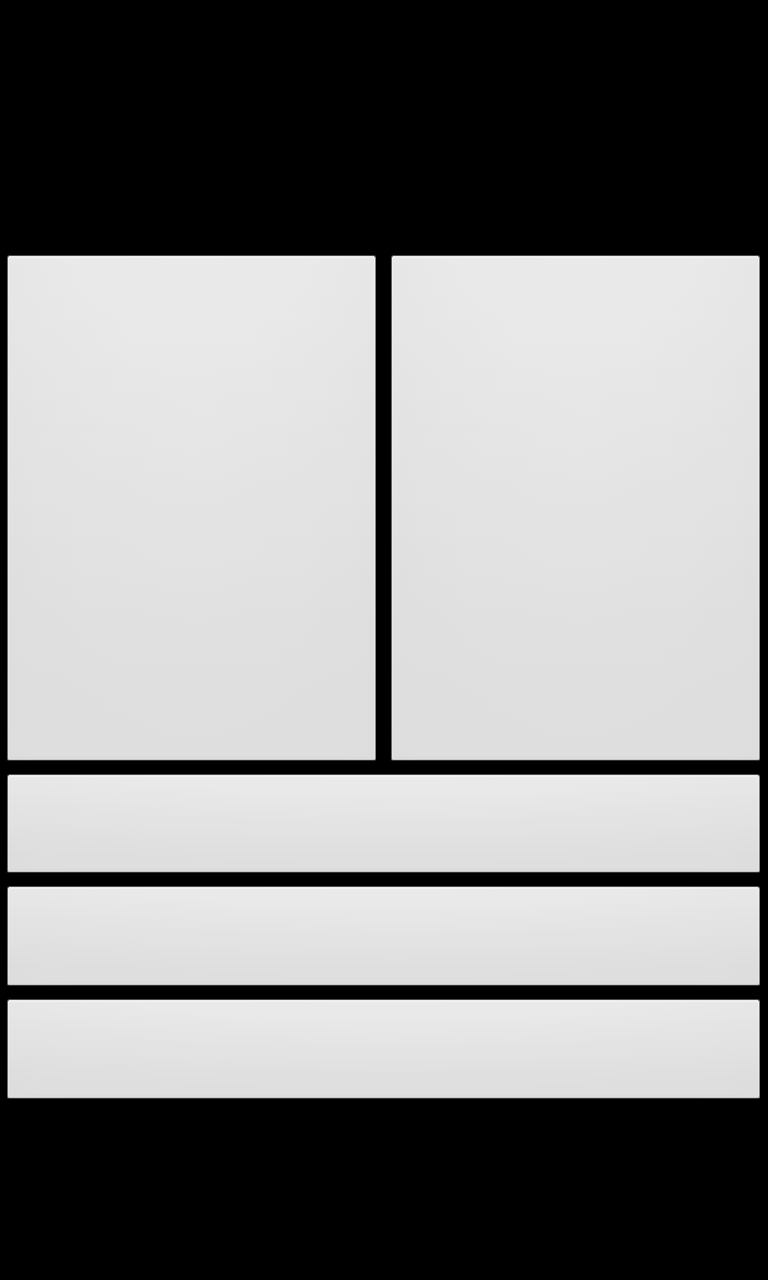
Repository: limjunghoon/fmfinance
Layout: trunk/Sample/Test/FmFinanceLayout/res/layout/main.xml
An editor plug-in stored every save of this project. The layout is shown before and after the next save, followed by the edit.
It is drawn on a 768 x 1280 px phone screen (xhdpi) without system bars, with theme android:Theme; the app's code is not run.

Above is the layout before, as saved 2010-07-13 08:42:20.

### trunk/Sample/Test/FmFinanceLayout/res/layout/main.xml
<?xml version="1.0" encoding="utf-8"?>
<LinearLayout xmlns:android="http://schemas.android.com/apk/res/android"
    android:orientation="vertical"
    android:layout_width="fill_parent"
    android:layout_height="fill_parent"
    >

<LinearLayout android:id="@+id/LinearLayoutMainPosition" android:layout_width="fill_parent" android:layout_weight="1" android:layout_height="wrap_content">


</LinearLayout>
<LinearLayout android:id="@+id/LinearLayoutIncomeExpensRate" android:layout_width="fill_parent" android:layout_weight="2" android:layout_height="wrap_content"></LinearLayout>
<LinearLayout android:id="@+id/LinearLayoutIncomeExpensBtn" android:layout_weight="5" android:layout_width="fill_parent" android:layout_height="wrap_content">

<Button android:text="@+id/Button01" android:id="@+id/Button01" android:layout_width="wrap_content" android:layout_weight="1" android:layout_height="fill_parent" android:layout_gravity="center"></Button>
<Button android:text="@+id/Button02" android:id="@+id/Button02" android:layout_width="wrap_content" android:layout_weight="1" android:layout_height="fill_parent" android:layout_gravity="center"></Button>
</LinearLayout>
<LinearLayout android:id="@+id/LinearLayoutTodayInfo" android:layout_width="fill_parent" android:layout_weight="4" android:orientation="vertical">




<Button></Button>
<Button android:text="@+id/Button03" android:id="@+id/Button03" android:layout_weight="1" android:layout_width="fill_parent"></Button>
<Button android:text="@+id/Button04" android:id="@+id/Button04" android:layout_weight="1" android:layout_width="fill_parent"></Button>
<Button android:text="@+id/Button05" android:id="@+id/Button05" android:layout_weight="1" android:layout_width="fill_parent"></Button>
</LinearLayout>

<LinearLayout android:id="@+id/LinearLayout01" android:layout_width="fill_parent" android:layout_weight="2"></LinearLayout>
</LinearLayout>

After the next save:
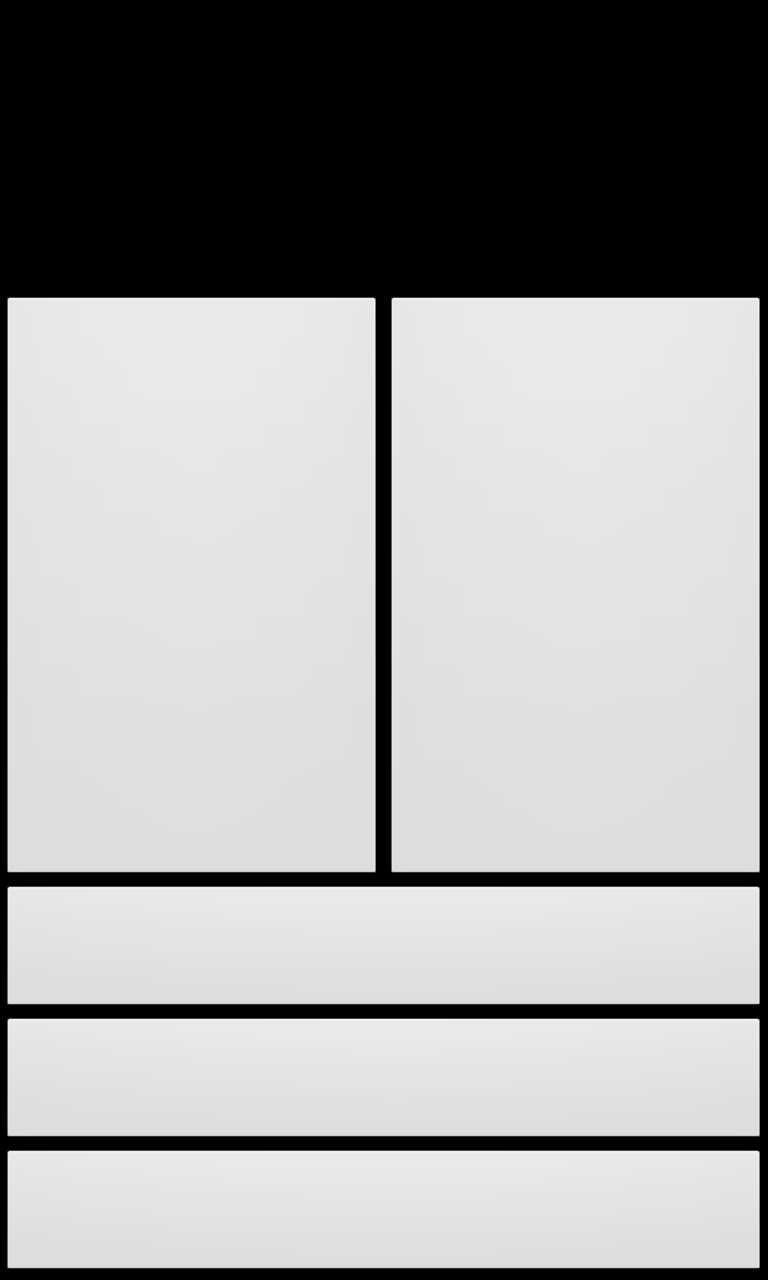
Saved 30 s later.
--- a/trunk/Sample/Test/FmFinanceLayout/res/layout/main.xml
+++ b/trunk/Sample/Test/FmFinanceLayout/res/layout/main.xml
@@ -26,5 +26,5 @@
 <Button android:text="@+id/Button05" android:id="@+id/Button05" android:layout_weight="1" android:layout_width="fill_parent"></Button>
 </LinearLayout>
 
-<LinearLayout android:id="@+id/LinearLayout01" android:layout_width="fill_parent" android:layout_weight="2"></LinearLayout>
+<LinearLayout android:id="@+id/LinearLayout01" android:layout_height="wrap_content"></LinearLayout>
 </LinearLayout>
